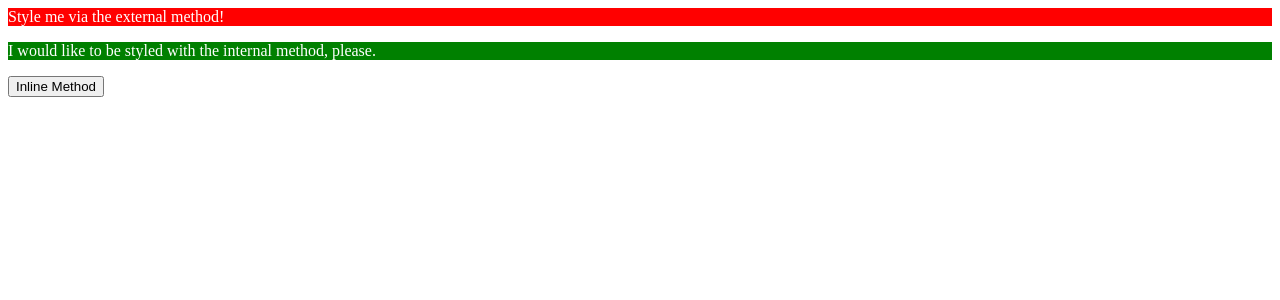
Repository: mnhardy1504/odin-recipes1
Page: repos/css-exercises/foundations/01-css-methods/index.html
The author's editor kept a copy of each file at every save. The page is drawn from the files as they stood at one save, then again after the next save.
The browser window is 1280 px wide. The pictures show the whole page.

Above is the page before, as saved 2023-08-22 17:44:30.

### repos/css-exercises/foundations/01-css-methods/index.html
<!DOCTYPE html>
<html lang="en">
  <head>
    <meta charset="UTF-8">
    <meta http-equiv="X-UA-Compatible" content="IE=edge">
    <meta name="viewport" content="width=device-width, initial-scale=1.0">
    <title>Methods for Adding CSS</title>
    <link rel="stylesheet" href="external1.css" />
  </head>
  <body>
    <div>Style me via the external method!</div>
    <p>I would like to be styled with the internal method, please.</p>
    <button>Inline Method</button>
  </body>
</html>

### repos/css-exercises/foundations/01-css-methods/external1.css
div {
    color: white;
    background-color: red;
  }

  p {
    color: white;
    background-color: green;
  }

After the next save:
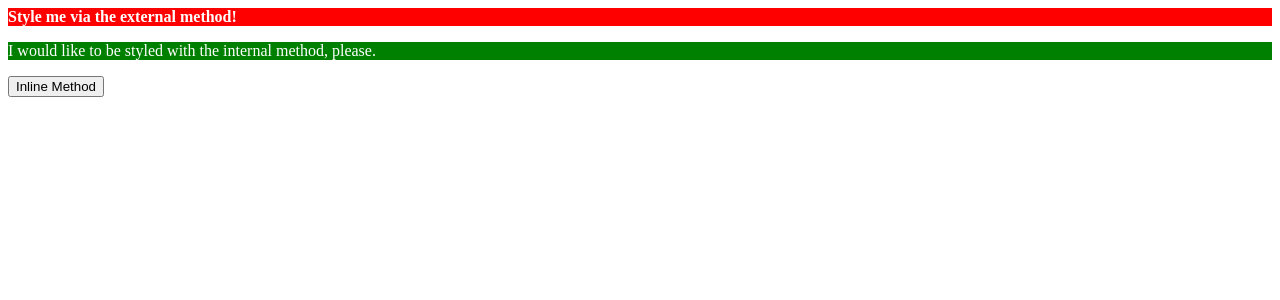
Saved 81 s later.
--- a/repos/css-exercises/foundations/01-css-methods/external1.css
+++ b/repos/css-exercises/foundations/01-css-methods/external1.css
@@ -1,6 +1,7 @@
 div {
     color: white;
     background-color: red;
+    font-weight: bold
   }
 
   p {

After the save that followed:
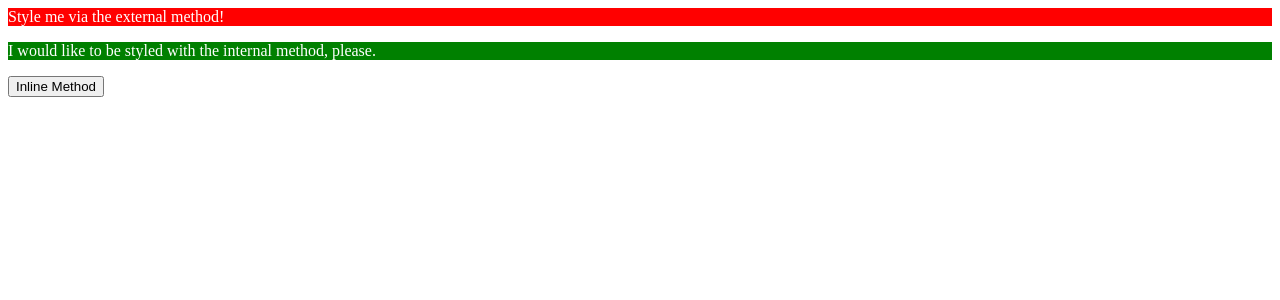
Saved 22 s later.
--- a/repos/css-exercises/foundations/01-css-methods/external1.css
+++ b/repos/css-exercises/foundations/01-css-methods/external1.css
@@ -1,7 +1,7 @@
 div {
     color: white;
     background-color: red;
-    font-weight: bold
+    font-weight: 300
   }
 
   p {
